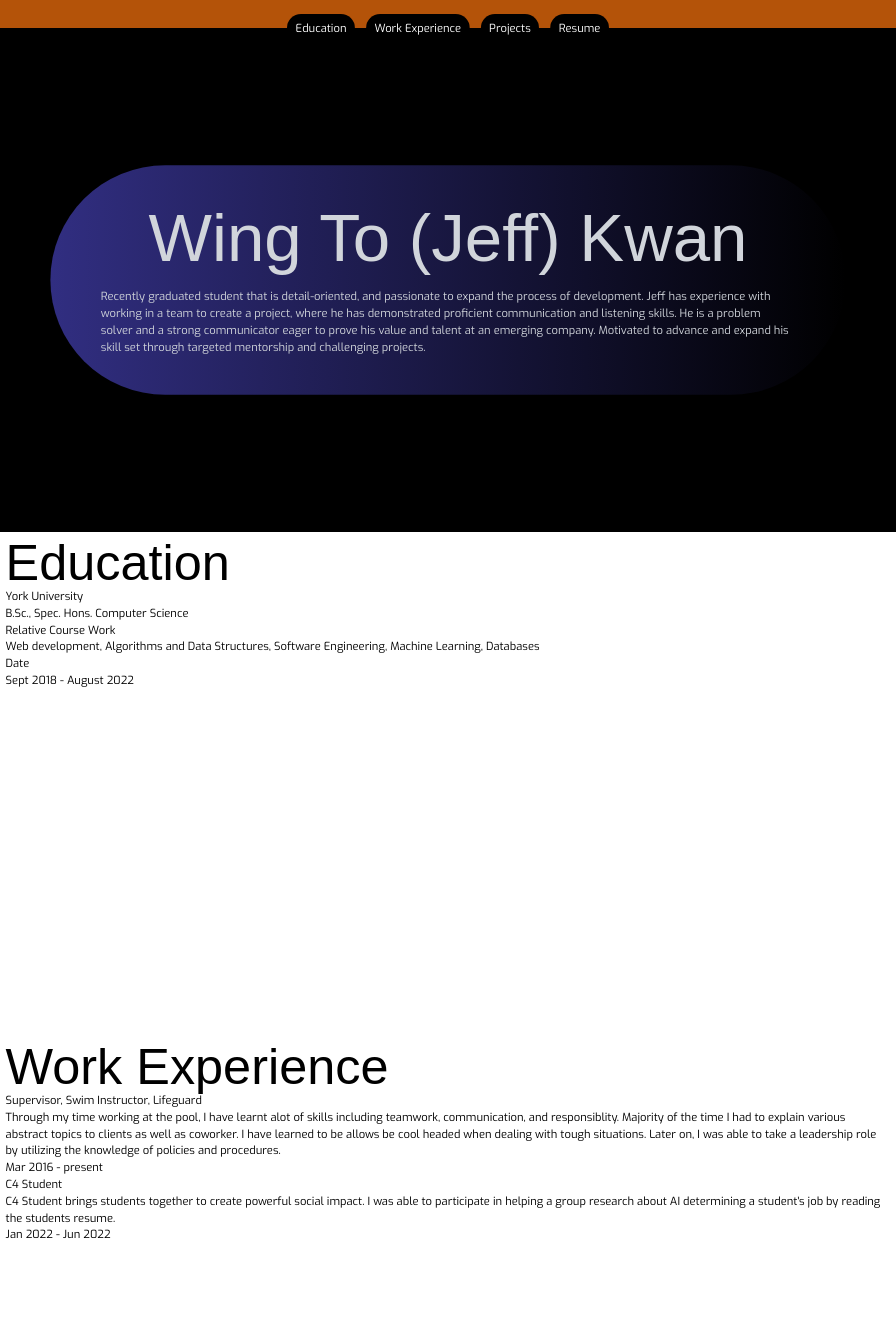
Repository: Jeffkw213/profile_website
Page: /
An editor plug-in stored every save of this project. The page is shown before and after the next save, followed by the edit.
The browser window is 1280 px wide. The pictures show the part of the page from y = 0 to 1920 px (the page is 3000 px tall before and 2960 px after), at 70% of full size.
Some web fonts or font styles are not loaded; a fallback is used. The project was rebuilt for these pictures with package versions that can differ from the ones it lists, and the page was loaded fresh each time. Also part of the build but not shown: vite.config.js.

Above is the page before, as saved 2022-09-26 14:32:04.

### src/index.jsx
import React from 'react';
import ReactDOM from 'react-dom/client';
import App from './App';
import reportWebVitals from './reportWebVitals';
import './index.css';

// DOM creates an instance of your App component, though it can also pass simple JSX without any component instantiation
const root = ReactDOM.createRoot(document.getElementById('root'));
root.render(
  <React.StrictMode>
    <App />
  </React.StrictMode>
);

// If you want to start measuring performance in your app, pass a function
// to log results (for example: reportWebVitals(console.log))
// or send to an analytics endpoint. Learn more: https://bit.ly/CRA-vitals
reportWebVitals();

### src/App.jsx
import Education from './components/Education';
import Nav from './components/Nav';
import Projects from './components/Projects';
import Title from './components/Title';
import Work from './components/Work';
import records from './data/records.json';
import Navitop from './components/NavigationTop'
const App = () => {
  return (
    <div className="m-0 p-0 box-border relative font-Exo min-w-[800]">
      <Navitop />
      <Title {...records.Who} />
      <Education {...records.Education} />
      <Work employ={records.Employment} />
      <Projects />
      <Nav {...records.Social} />
    </div>
  );
};

export default App;

### src/index.css
@import url('https://fonts.googleapis.com/css2?family=Exo:wght@100;400&display=swap');
@import url('http://fonts.cdnfonts.com/css/nexa-bold');

@tailwind base;
@tailwind components;
@tailwind utilities;

### src/components/Education.jsx
export default function Education(props) {
  return (
    <div className="h-screen p-2">
      <div>
        <h1 className="font-Nexa text-7xl">Education</h1>
      </div>
      <p>{props.School}</p>
      <p>{props.Degree}</p>
      <p>Relative Course Work</p>
      <p>{props.RelatativeCoursework}</p>
      <p>Date</p>
      <p>
        {props.Start} - {props.Graduation}
      </p>
    </div>



  );
}

### src/components/Nav.jsx
//This is gonna be the navigation bar
//Need to create a list of
import Git from '../data/GitHub-Mark-64px.png';
import Linkedin from '../data/LI-In-Bug.png';
import Gmail from '../data/Gmail_Logo_64px.png';
export const List = (props) => (
  <nav className="flex justify-center">
    <ul className="">
      <li className="inline-block">
        <a href={props.Linkedin} target="_blank" rel="noopener noreferrer">
          <img src={Linkedin} alt="Linkedin Logo" className="h-16 opacity-[.25]" />
        </a>
      </li>
      <li className="inline-block">
        <a href={props.Github} target="_blank" rel="noopener noreferrer">
          <img src={Git} alt="Git Logo" className="h-16 opacity-[.25]" />
        </a>
      </li>
      <li className="inline-block ml-2">
        <a href={`mailto:${props.Email}?subject=Hi%20I'm%20Stupid`}>
          <img src={Gmail} alt="Gmail Logo" className="h-16 opacity-[.25]" />
        </a>
      </li>
    </ul>
  </nav>
);

export default function Nav(props) {
  return (
    <div
      className="h-20
    relative
    w-full
    py-2
    text-center
    bg-indigo-900"
    >
      <List {...props} />
    </div>
  );
}

### src/components/Projects.jsx
import projects from '../data/projects';

export default function Projects() {
  return (
    <div className='h-screen p-2'>
      {projects.map((item, index) => {
        return (
          <div key={index}>
            <p>{item.name}</p>
            <a href={item.link} target="_blank" rel="noopener noreferrer">
              {item.link}
            </a>
            <p>{item.about}</p>
          </div>
        );
      })}
    </div>
  );
}

### src/components/Title.jsx
// This is the title of the website
// There would be a breif discription of who I am
// And there would be a navigation button to scroll to a certain section of the page


export default function Title({ Name, Description }) {
  return (
    <div className="px-8 min-w-[780px] min-h-screen max-h-screen bg-black flex items-center justify-center">
      <div className="relative max-h-full bg-gradient-to-r from-indigo-900 rounded-full py-10 text-gray-300 opacity-100">
        <h1 className="font-Nexa text-8xl text-center pt-4 pb-2">{Name}</h1>
        <p className="p-4 mx-14 max-w-screen-lg min-w-[50%]">{Description}</p>
      </div>
    </div>
  );
}

### src/components/Work.jsx
export default function Work({ employ }) {
  return (
    <div className="h-screen p-2">
      <h1 className="font-Nexa text-7xl"> Work Experience </h1>
      {employ.map((item, index) => {
        return (
          <div key={index} className="">
            <div></div>
            <p>{item.Role}</p>
            <p>{item.Description}</p>
            <p>{item.Date}</p>
          </div>
        );
      })}
    </div>
  );
}

### src/data/records.json
{
  "Who": {
    "Name": "Wing To (Jeff) Kwan",
    "Location": {
      "City": "Richmond Hill",
      "Province": "Ontario",
      "Country": "Canada",
      "Street": "176 Kimono Crescent",
      "Postal": "L4S 2A4"
    },
    "Description": "Recently graduated student that is detail-oriented, and passionate to expand the process of development. Jeff has experience with working in a team to create a project, where he has demonstrated proficient communication and listening skills. He is a problem solver and a strong communicator eager to prove his value and talent at an emerging company. Motivated to advance and expand his skill set through targeted mentorship and challenging projects.",
    "Skills": {
      "Languages": "Python, Java, Javascript, CSS, HTML, SQL, Prolog, C#, C98, C99",
      "Framework": "Numpy, Pandas, MySQL, React, Node.js",
      "Platform": "Linux, Windows, MACOS, Android",
      "Techniques": "OOP, DataStructures, Machine Learning, Data Mining"
    }
  },
  "Social": {
    "Email": "jeffkwan10@gmail.com",
    "Linkedin": "https://www.linkedin.com/in/jeff-kwan-881a41203/",
    "Github": "https://github.com/Jeffkw213"
  },

  "Education": {
    "School": "York University",
    "Degree": "B.Sc., Spec. Hons. Computer Science",
    "RelatativeCoursework": "Web development, Algorithms and Data Structures, Software Engineering, Machine Learning, Databases",
    "Graduation": "August 2022",
    "Start": "Sept 2018"
  },

  "Employment": [
    {
      "Role": "Supervisor, Swim Instructor, Lifeguard",
      "Where": "City of Richmond Hill",
      "Description": "Through my time working at the pool, I have learnt alot of skills including teamwork, communication, and responsiblity. Majority of the time I had to explain various abstract topics to clients as well as coworker. I have learned to be allows be cool headed when dealing with tough situations. Later on, I was able to take a leadership role by utilizing the knowledge of policies and procedures.",
      "Date": "Mar 2016 - present"
    },
    {
      "Role": "C4 Student",
      "Where": "York University",
      "Description": "C4 Student brings students together to create powerful social impact. I was able to participate in helping a group research about AI determining a student's job by reading the students resume.",
      "Date": "Jan 2022 - Jun 2022"
    }
  ]
}

### src/components/NavigationTop.jsx
export default function ButtonNavi() {
  return (
    <header className="bg-amber-700 h-10">
      <nav className="p-3 text-center">
        <button
          className="m-2 p-2 px-3 bg-black text-white rounded-full
      transition delay-150 duration-300 ease-in-out hover:scale-110"
        >
          Education
        </button>
        <button
          className="m-2 p-2 px-3 bg-black text-white rounded-full
      transition delay-150 duration-300 ease-in-out hover:scale-110"
        >
          Work Experience
        </button>
        <button
          className="m-2 p-2 px-3 bg-black text-white rounded-full
      transition delay-150 duration-300 ease-in-out hover:scale-110"
        >
          Projects
        </button>
        <a href="/Resume.pdf" target="_blank">
          <button
            className="m-2 p-2 px-3 bg-black text-white rounded-full
        transition delay-150 duration-300 ease-in-out hover:scale-110 hover:bg-indigo-900"
          >
            Resume
          </button>
        </a>
      </nav>
    </header>
  );
}

### src/data/projects.js
export default [
  {
    name: '8-puzzle',
    about: 'Create a 8-puzzle game with python. This project mainly focuses on different ways to find the best solution to solve the puzzle. I have used Best First approach, Depth First, and the Mannhattan Solution. The goal of this project was to expand understanding of different search methods and continue to exercise mastery of the concepts.',
    link: 'https://github.com/jeffkw213/8-puzzle'
  },
  {
    name: '9-puzzle',
    about: 'Hi this is a dummy thing to see if this works properly',
    link: 'https://github.com/jeffkw213/9-puzzle'
  }
];

### tailwind.config.js
/** @type {import('tailwindcss').Config} */
module.exports = {
  content: ['./index.html', './src/**/*.{js,jsx}'],
  theme: {
    extend: {
      fontFamily: {
        Exo : "'Exo', sans-serif",
        Nexa : "'Nexa', sans-serif",
      },
      variants: {
        width: ["responsive", "hover", "focus"]
      },
      minWidth: {
        '1/2': '50%',
      }
    }
  },
  plugins: []
};

Loaded but not shown: public/index.html (common file); src/reportWebVitals.js (common file)

After the next save:
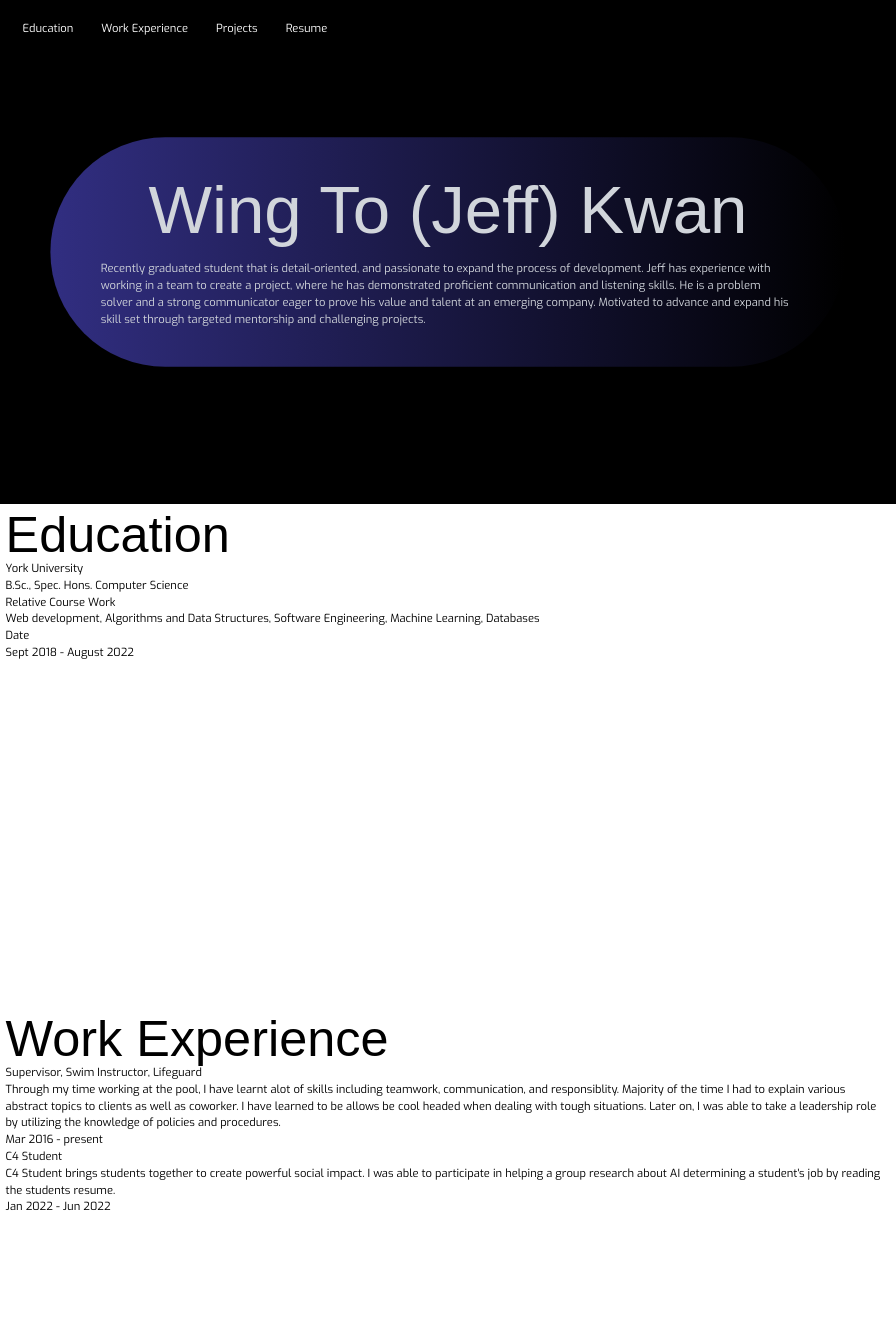
Saved 58 s later.
--- a/src/components/NavigationTop.jsx
+++ b/src/components/NavigationTop.jsx
@@ -1,6 +1,6 @@
 export default function ButtonNavi() {
   return (
-    <header className="bg-amber-700 h-10">
+    <header className="fixed flex justify-between item">
       <nav className="p-3 text-center">
         <button
           className="m-2 p-2 px-3 bg-black text-white rounded-full
